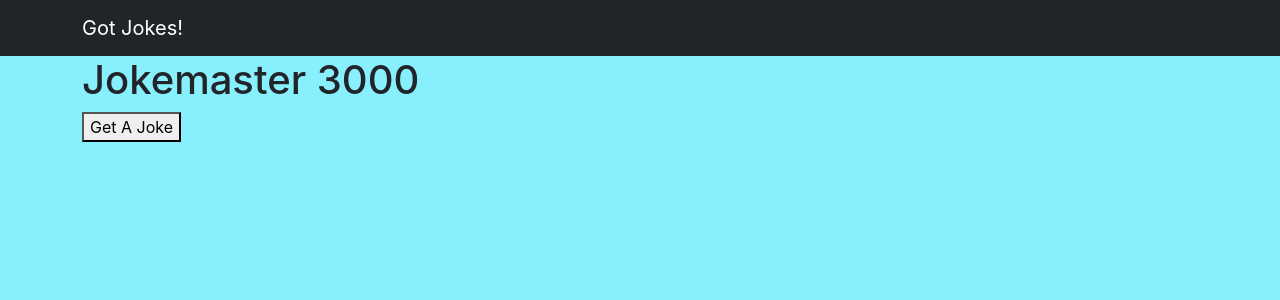
Repository: jontslater/LAB-joke-generator-react
Page: /
These files come from the project's save history. The page is drawn as it stood at one moment and after a run of saves; the edit follows.
The browser window is 1280 px wide. The pictures show the whole page.
The project was rebuilt for these pictures with package versions that can differ from the ones it lists, and the page was loaded fresh each time. The framework's server and built-in components were replaced by stand-ins that run in the browser. Also part of the build but not shown: next.config.js.

Above is the page before, as saved 2024-01-12 15:16:25.

### pages/_app.js
/* eslint-disable react/prop-types */
import 'bootstrap/dist/css/bootstrap.min.css';
import '../styles/globals.css';
import NavBar from '../components/NavBar';

function MyApp({ Component, pageProps }) {
  return (
    <>
      <NavBar />
      <div className="container">
        <Component {...pageProps} />
      </div>
    </>
  );
}

export default MyApp;

### pages/index.js
import React from 'react';
import Jokes from '../components/Jokes';

function Home() {
  return (
    <>
      <Jokes title="1" />
    </>
  );
}

export default Home;

### components/NavBar.js
/* eslint-disable jsx-a11y/anchor-is-valid */
import React from 'react';
import Link from 'next/link';
import {
  Navbar, Container, Nav,
} from 'react-bootstrap';

export default function NavBar() {
  return (
    <Navbar collapseOnSelect expand="lg" bg="dark" variant="dark">
      <Container>
        <Link passHref href="/">
          <Navbar.Brand>Got Jokes!</Navbar.Brand>
        </Link>
        <Navbar.Toggle aria-controls="responsive-navbar-nav" />
        <Navbar.Collapse id="responsive-navbar-nav">
          <Nav className="me-auto">
            {/* CLOSE NAVBAR ON LINK SELECTION: https://stackoverflow.com/questions/72813635/collapse-on-select-react-bootstrap-navbar-with-nextjs-not-working */}
            {/* <Link passHref href="/">
              <Nav.Link>Home</Nav.Link>
            </Link> */}
          </Nav>
        </Navbar.Collapse>
      </Container>
    </Navbar>
  );
}

### components/Jokes.js
import { useState } from 'react';

function Jokes() {
  const initialValue = 'Get A Joke';
  const [buttonText, setButtonText] = useState(initialValue);
  const [jokes, setJokes] = useState([]);

  function getJokes() {
    fetch('https://v2.jokeapi.dev/joke/Programming?safe-mode&type=twopart')
      .then((response) => response.json())
      .then((data) => {
        setJokes(data);
      });
  }

  // useEffect(() => {
  // });

  const handleClick = () => {
    setButtonText('get punchline');
  };

  return (
    <>
      <h1>Jokemaster 3000</h1>
      <button
        type="button"
        onClick={() => {
          getJokes();
          handleClick();
        }}
      >{buttonText}
      </button>
      <h1>{jokes.setup}</h1>
      <h1>{jokes.delivery}</h1>
    </>
  );
}

export default Jokes;

Loaded but not shown: styles/globals.css (common file)

After the next 2 saves:
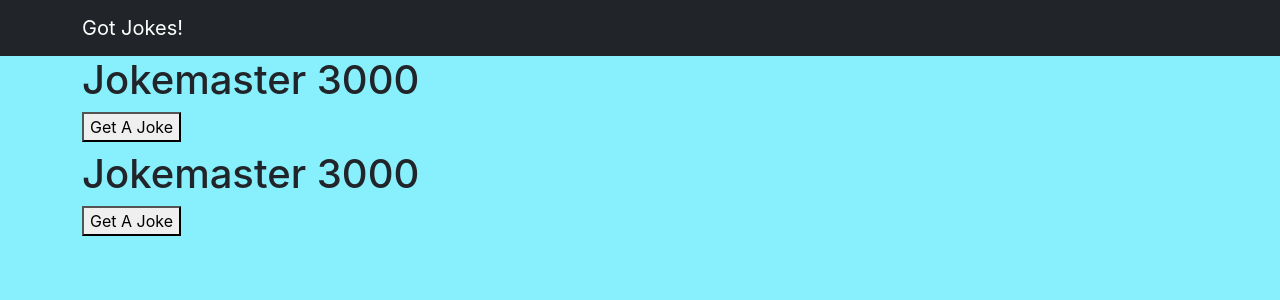
The 2 saves are shown as one change because 1 did not build or start.
The last was saved 8 min 7 s later.
--- a/pages/index.js
+++ b/pages/index.js
@@ -5,6 +5,7 @@
   return (
     <>
       <Jokes title="1" />
+      <Jokes title="2" />
     </>
   );
 }
--- a/components/Jokes.js
+++ b/components/Jokes.js
@@ -3,7 +3,7 @@
 function Jokes() {
   const initialValue = 'Get A Joke';
   const [buttonText, setButtonText] = useState(initialValue);
-  const [jokes, setJokes] = useState([]);
+  const [jokes, setJokes] = useState('FirstCard');
 
   function getJokes() {
     fetch('https://v2.jokeapi.dev/joke/Programming?safe-mode&type=twopart')
@@ -23,6 +23,7 @@
   return (
     <>
       <h1>Jokemaster 3000</h1>
+      {jokes === 'FirstCard' }
       <button
         type="button"
         onClick={() => {
